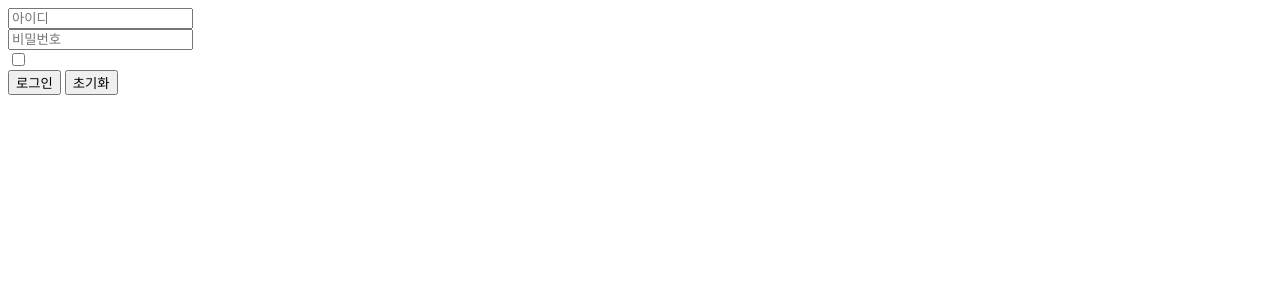
Repository: jjjjjjji-hun/jsp_practice
Page: http://localhost/JSPBasic/jspObject/3.cookie/cookie_login.jsp
The author's editor kept a copy of each file at every save. The page is drawn from the files as they stood at one save, then again after the next save.
The browser window is 1280 px wide. The pictures show the whole page.
The page is served by Tomcat 9.

Above is the page before, as saved 2022-02-07 01:20:07.

After the next save:
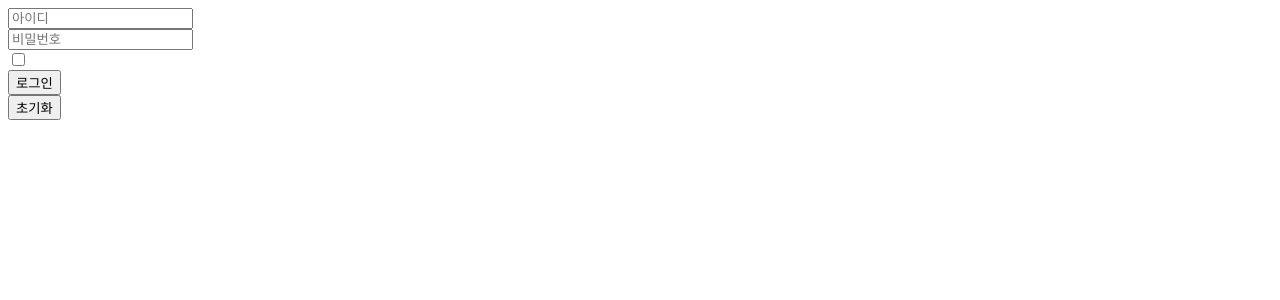
Saved 5 s later.
--- a/JSPBasic/src/main/webapp/jspObject/3.cookie/cookie_login.jsp
+++ b/JSPBasic/src/main/webapp/jspObject/3.cookie/cookie_login.jsp
@@ -22,7 +22,7 @@ input checkbox 1개 (자동로그인)
 	<input type="text" name="userId" placeholder="아이디"/><br/>
 	<input type="password" name="userPw" placeholder="비밀번호"/><br/>
 	<input type="checkbox" name="auto" value="자동로그인"/><br/>
-	<input type="submit" value="로그인"/>
+	<input type="submit" value="로그인"/><br/>
 	<input type="reset" value="초기화"/>
 	</form>
 </body>
